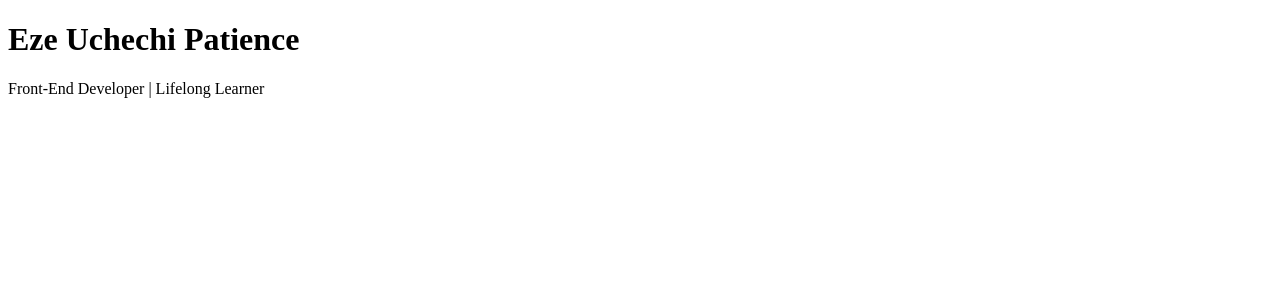
Repository: Patience225/My_First_Portfolio
Page: Portfolio/index.html
An editor plug-in stored every save of this project. The page is shown before and after the next save, followed by the edit.
The browser window is 1280 px wide. The pictures show the whole page.

Above is the page before, as saved 2024-12-16 13:05:16.

After the next save:
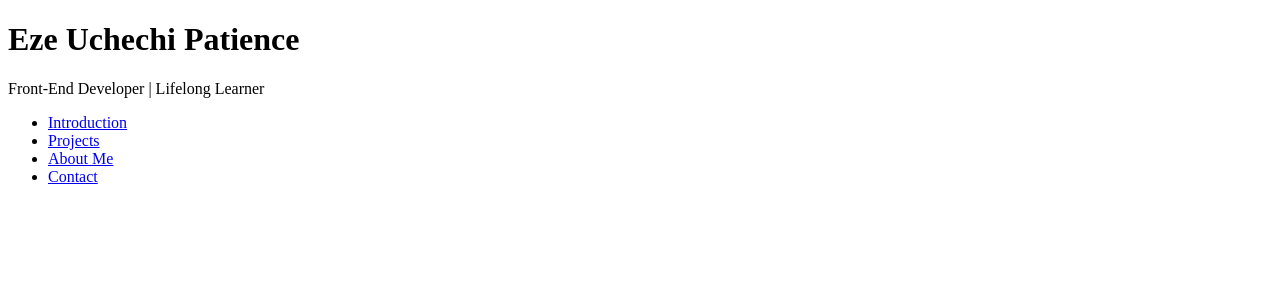
Saved 57 s later.
--- a/Portfolio/index.html
+++ b/Portfolio/index.html
@@ -10,7 +10,12 @@
         <p>Front-End Developer | Lifelong Learner</p>
     </header>
     <nav>
-
+      <ul>
+        <li><a href="#introduction">Introduction</a></li>
+        <li><a href="#projects">Projects</a></li>
+        <li><a href="#about">About Me</a></li>
+        <li><a href="#contact">Contact</a></li>
+    </ul>
     </nav>
     <section id="introduction"></section>
     <section id="projects"></section>
